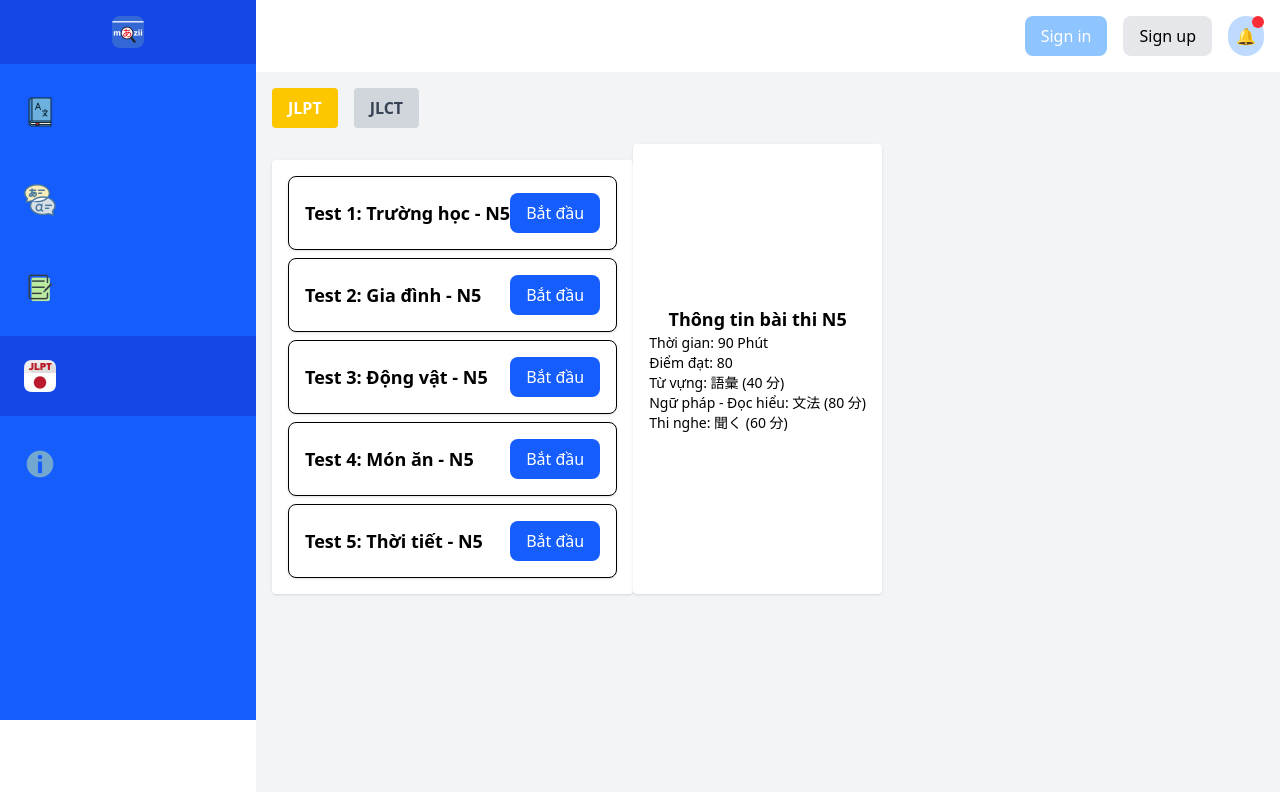
Repository: reminzuetto/JapaneseTranslationApp
Page: /jlpt
An editor plug-in stored every save of this project. The page is shown before and after the next save, followed by the edit.
The browser window is 1280 px wide. The pictures show the whole page.
The page's requests for data from a server got no answer. The project was rebuilt for these pictures with package versions that can differ from the ones it lists, and the page was loaded fresh each time. No one was signed in, and anything a server would have sent is missing. Also part of the build but not shown: vite.config.js, src/components/Header/NotificationItem.jsx, src/components/SeachBar/DropDownButton.jsx, src/components/SeachBar/SearchInput.jsx, src/components/SeachBar/SearchBar.jsx, src/pages/Home.jsx, src/Firebase.jsx, src/pages/SignInForm.jsx and 8 more.

Above is the page before, as saved 2025-03-19 08:22:14.

After the next save:
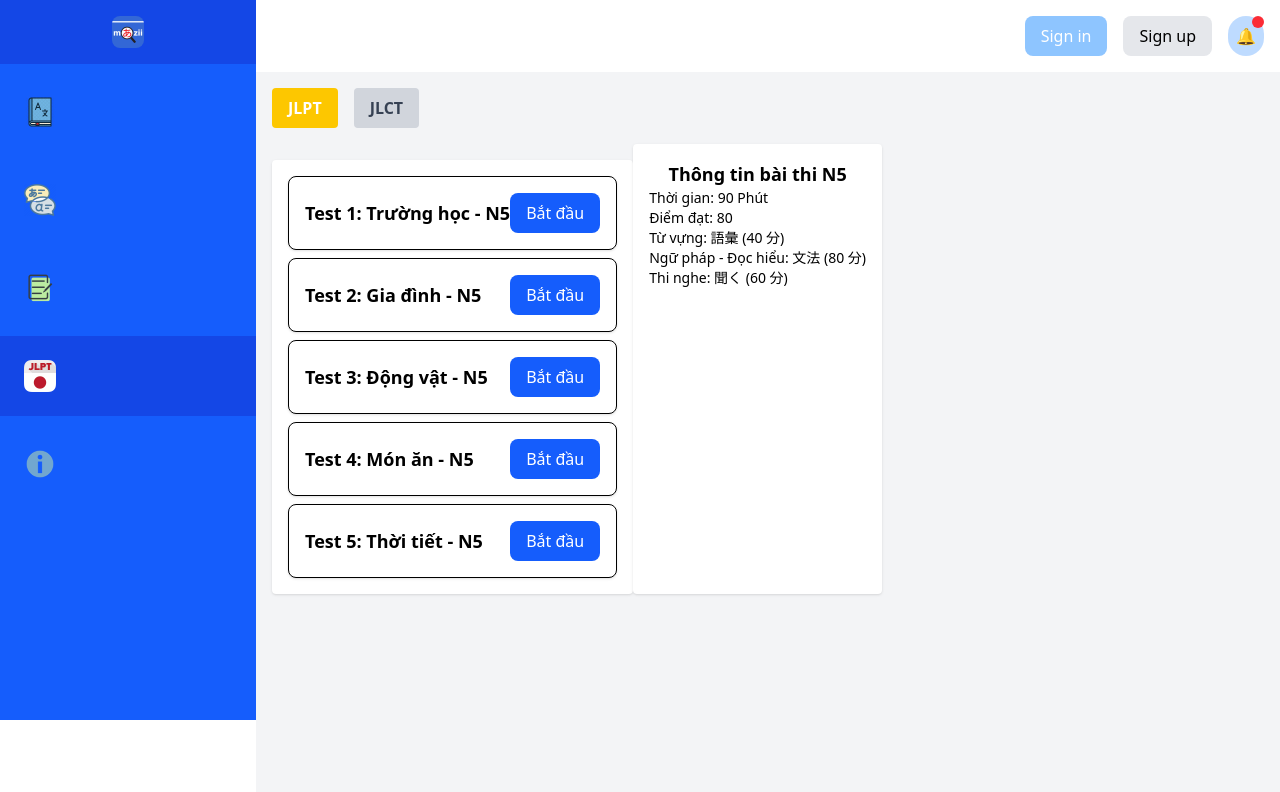
Saved 6 s later.
--- a/src/pages/JLPTPage.jsx
+++ b/src/pages/JLPTPage.jsx
@@ -38,7 +38,7 @@ const JLPTPage = () => {
             />
           ))}
         </div>
-        <div className="flex flex-col justify-center items-center bg-white p-4 rounded shadow">
+        <div className="flex flex-col justify-start justify-center items-center bg-white p-4 rounded shadow">
           <h2 className="text-lg font-bold">Thông tin bài thi N5</h2>
           <div className="text-sm">
             <p>Thời gian: 90 Phút</p>
